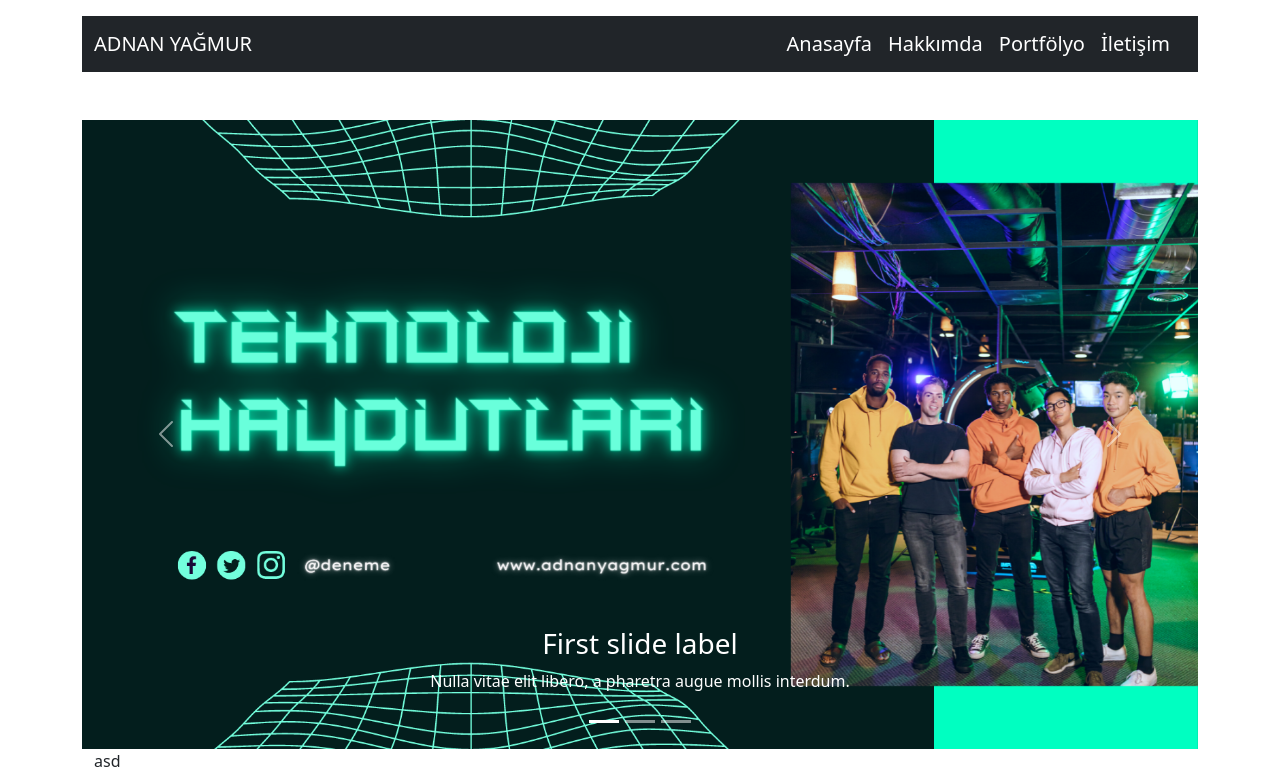
Repository: adnanyagmur/react-bootstrap-example
Page: /
An editor plug-in stored every save of this project. The page is shown before and after the next save, followed by the edit.
The browser window is 1280 px wide. The pictures show the whole page.
The project was rebuilt for these pictures with package versions that can differ from the ones it lists, and the page was loaded fresh each time.

Above is the page before, as saved 2022-06-29 09:55:37.

### src/index.js
import React from 'react';
import ReactDOM from 'react-dom/client';
import '../node_modules/bootstrap/dist/css/bootstrap.min.css';
import SSRProvider from 'react-bootstrap/SSRProvider';
import App from './App';


const root = ReactDOM.createRoot(document.getElementById('root'));
root.render(
  <React.StrictMode>
  <SSRProvider>
  <App />
</SSRProvider>
  </React.StrictMode>
);

### src/App.js
import  Appbar  from "./appComponents/Appbar.jsx";
import Container from "./appComponents/Container.jsx";
import Slider from "./appComponents/Slider.jsx";

function App() {

 return (
 <div className="container">

  <div>
<Appbar></Appbar>
</div>
<div>
<Slider></Slider>
</div>
<div>
  <Container></Container>
</div>
  </div>
  );
}

export default App;

### src/appComponents/Appbar.jsx

const Appbar =()=>{

    return(
        <>
  <nav className="navbar navbar-dark bg-dark mb-5 mt-3">
  <div className="container-fluid">
    <a href="/" className="navbar-brand">ADNAN YAĞMUR</a>
    <form className="d-flex" role="search">
    <a href="/" className="navbar-brand">Anasayfa</a>
    <a href="/" className="navbar-brand">Hakkımda</a>
    <a href="/" className="navbar-brand">Portfölyo</a>
    <a href="/" className="navbar-brand">İletişim</a>

    </form>
  </div>
</nav>

</>
    )
}

export default Appbar;

### src/appComponents/Container.jsx


const Container = ()=> {

    return(
        <div className="container">
asd
        </div>

    )
}

export default Container;

### src/appComponents/Slider.jsx
import {Carousel,} from "react-bootstrap"
import Logo1 from "../assets/Logo1.png";
import Logo2 from "../assets/Logo2.png";
import Logo3 from "../assets/Logo3.png";

const Slider = ()=>{

    return(
        <Carousel>
        <Carousel.Item interval={1000}>
          <img
            className="d-block w-100"
            src={Logo1}
            alt="First slide"
          />
          <Carousel.Caption>
            <h3>First slide label</h3>
            <p>Nulla vitae elit libero, a pharetra augue mollis interdum.</p>
          </Carousel.Caption>
        </Carousel.Item>
        <Carousel.Item interval={1000}>
          <img
            className="d-block w-100"
            src={Logo2}
            alt="Second slide"
          />

          <Carousel.Caption>
            <h3>Second slide label</h3>
            <p>Lorem ipsum dolor sit amet, consectetur adipiscing elit.</p>
          </Carousel.Caption>
        </Carousel.Item>
        <Carousel.Item interval={1000}>
          <img
            className="d-block w-100"
            src={Logo3}
            alt="Third slide"
          />

          <Carousel.Caption>
            <h3>Third slide label</h3>
            <p>Praesent commodo cursus magna, vel scelerisque nisl consectetur.</p>
          </Carousel.Caption>
        </Carousel.Item>
      </Carousel>

    )
}
export default Slider;

Loaded but not shown: public/index.html (common file)

After the next save:
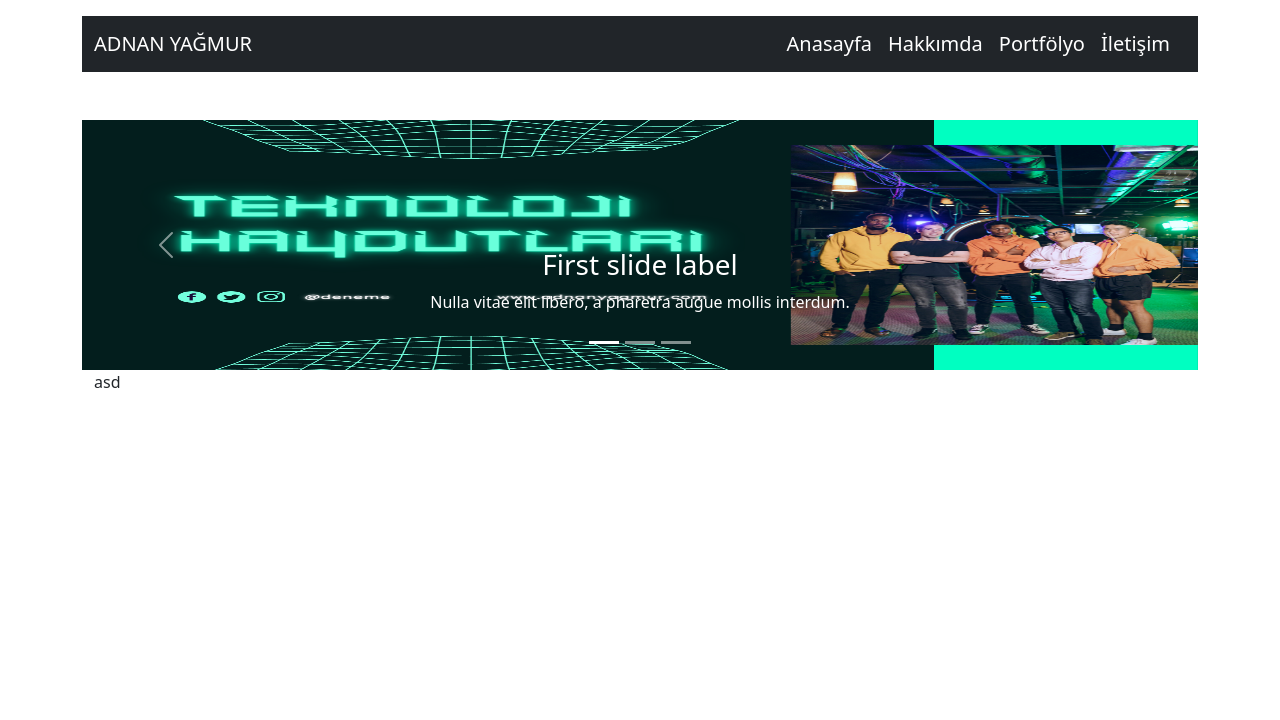
Saved 87 s later.
--- a/src/appComponents/Slider.jsx
+++ b/src/appComponents/Slider.jsx
@@ -12,6 +12,7 @@ const Slider = ()=>{
             className="d-block w-100"
             src={Logo1}
             alt="First slide"
+            width="300" height="250"
           />
           <Carousel.Caption>
             <h3>First slide label</h3>
